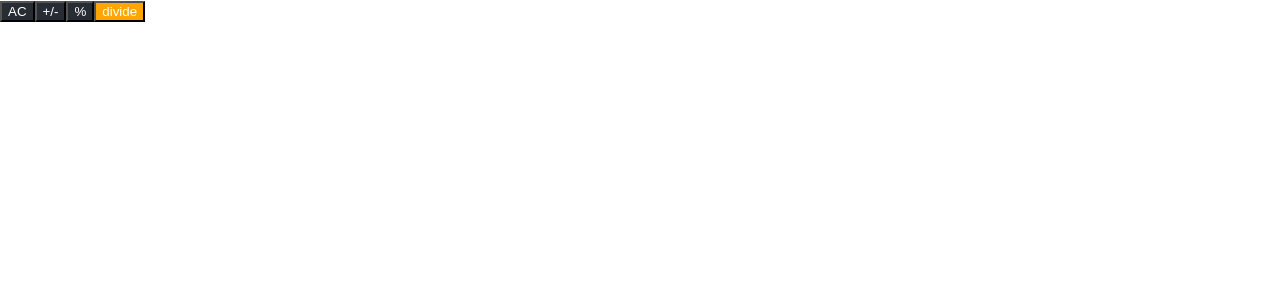
Repository: catsarenotreal/CalculatorWebApp
Page: /
An editor plug-in stored every save of this project. The page is shown before and after the next save, followed by the edit.
The browser window is 1280 px wide. The pictures show the whole page.
The project was rebuilt for these pictures with package versions that can differ from the ones it lists, and the page was loaded fresh each time.

Above is the page before, as saved 2024-08-22 14:56:08.

After the next save:
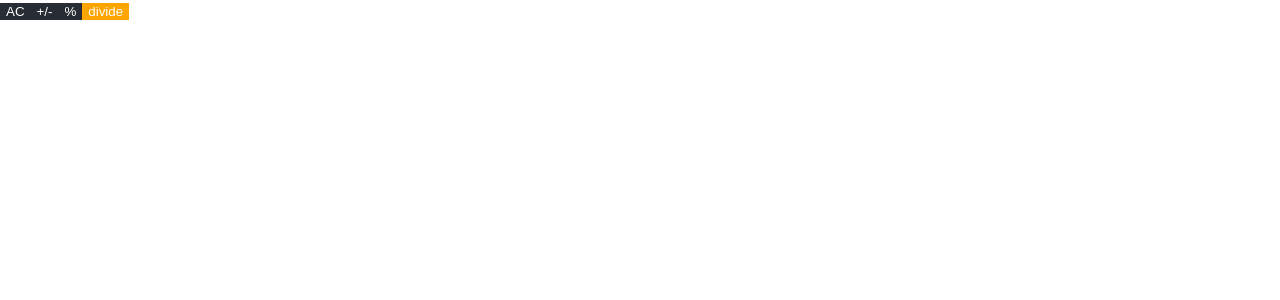
Saved 60 s later.
--- a/src/App.css
+++ b/src/App.css
@@ -42,6 +42,9 @@
 
 .Buttons {
   text-align: center;
+  box-shadow: none;
+  border: 0;
+  border-radius: 0;
   /* background-color: var(--bgColour); */
   color: white;
 }
